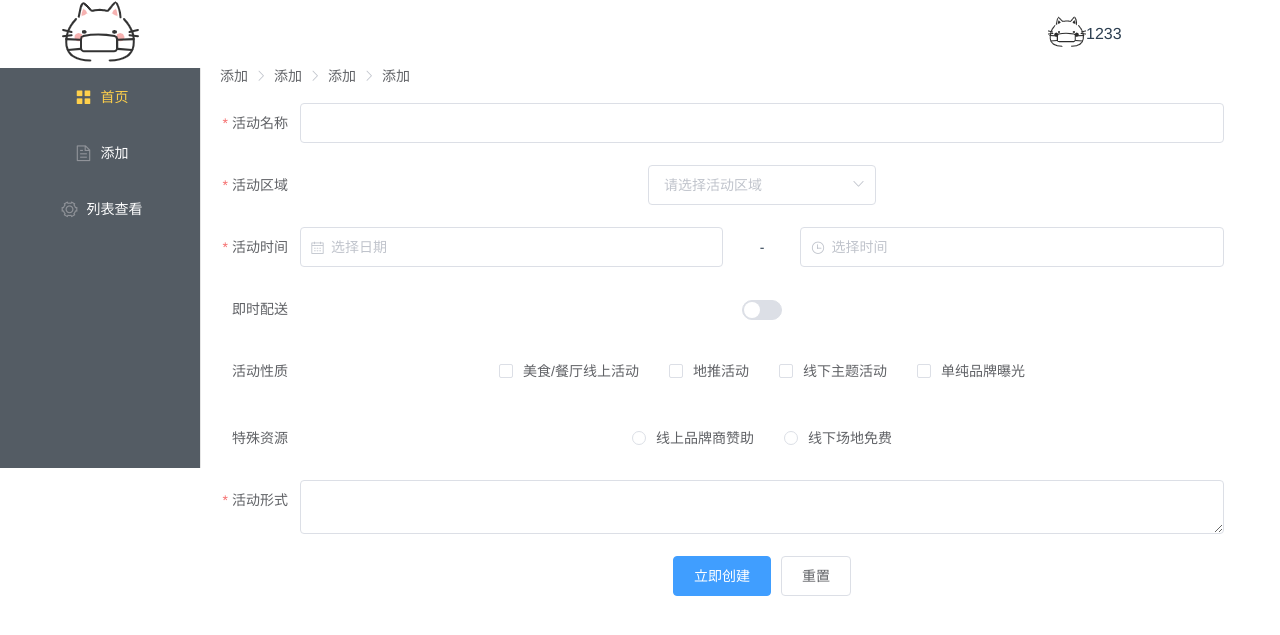
Repository: faintout/backMng
Page: /#/addList (app in backmng/)
These files come from the project's save history. The page is drawn as it stood at one moment and after the next save; the edit follows.
The browser window is 1280 px wide. The pictures show the whole page.
The project was rebuilt for these pictures with package versions that can differ from the ones it lists, and the page was loaded fresh each time. Also part of the build but not shown: backmng/vue.config.js, backmng/src/views/_index.vue, backmng/src/views/list.vue.

Above is the page before, as saved 2020-12-30 17:01:34.

After the next save:
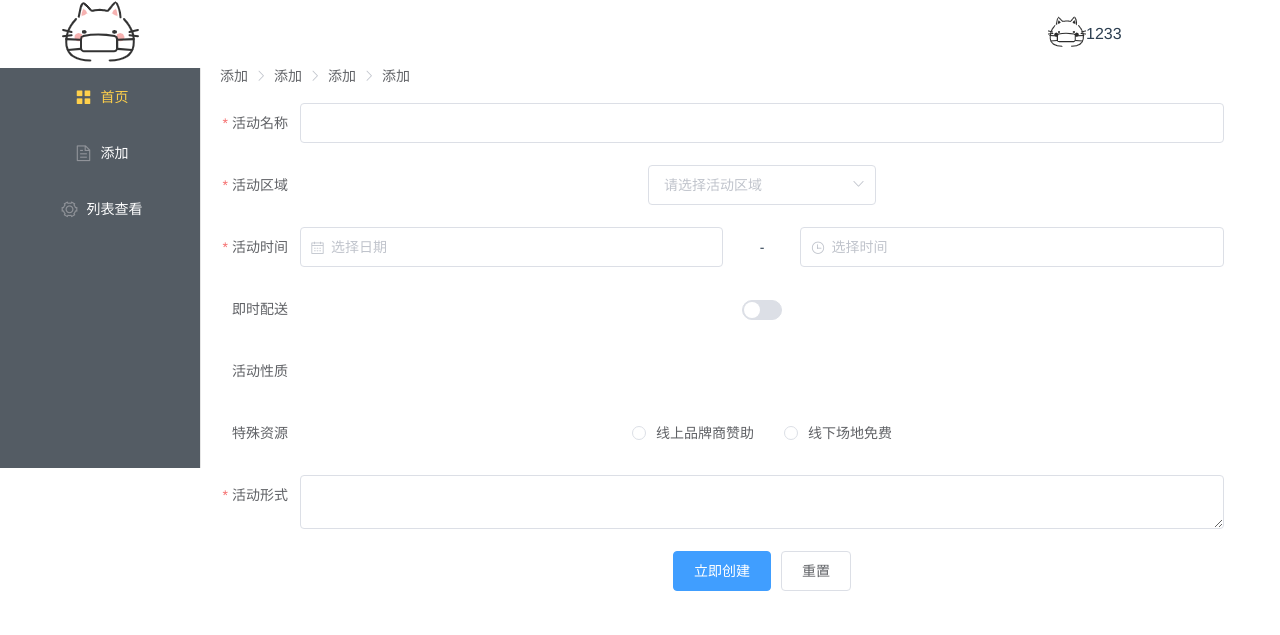
Saved 82 s later.
--- a/backmng/src/views/addList.vue
+++ b/backmng/src/views/addList.vue
@@ -58,13 +58,13 @@
             return {
                 ruleForm: {
                     name: '',
-                    region: '',
-                    date1: '',
-                    date2: '',
-                    delivery: false,
-                    type: [],
-                    resource: '',
-                    desc: ''
+                    info: '',
+                    info1: '',
+                    info2: '',
+                    info3: false,
+                    info4: [],
+                    info5: '',
+                    info6: ''
                 },
                 rules: {
                     name: [
